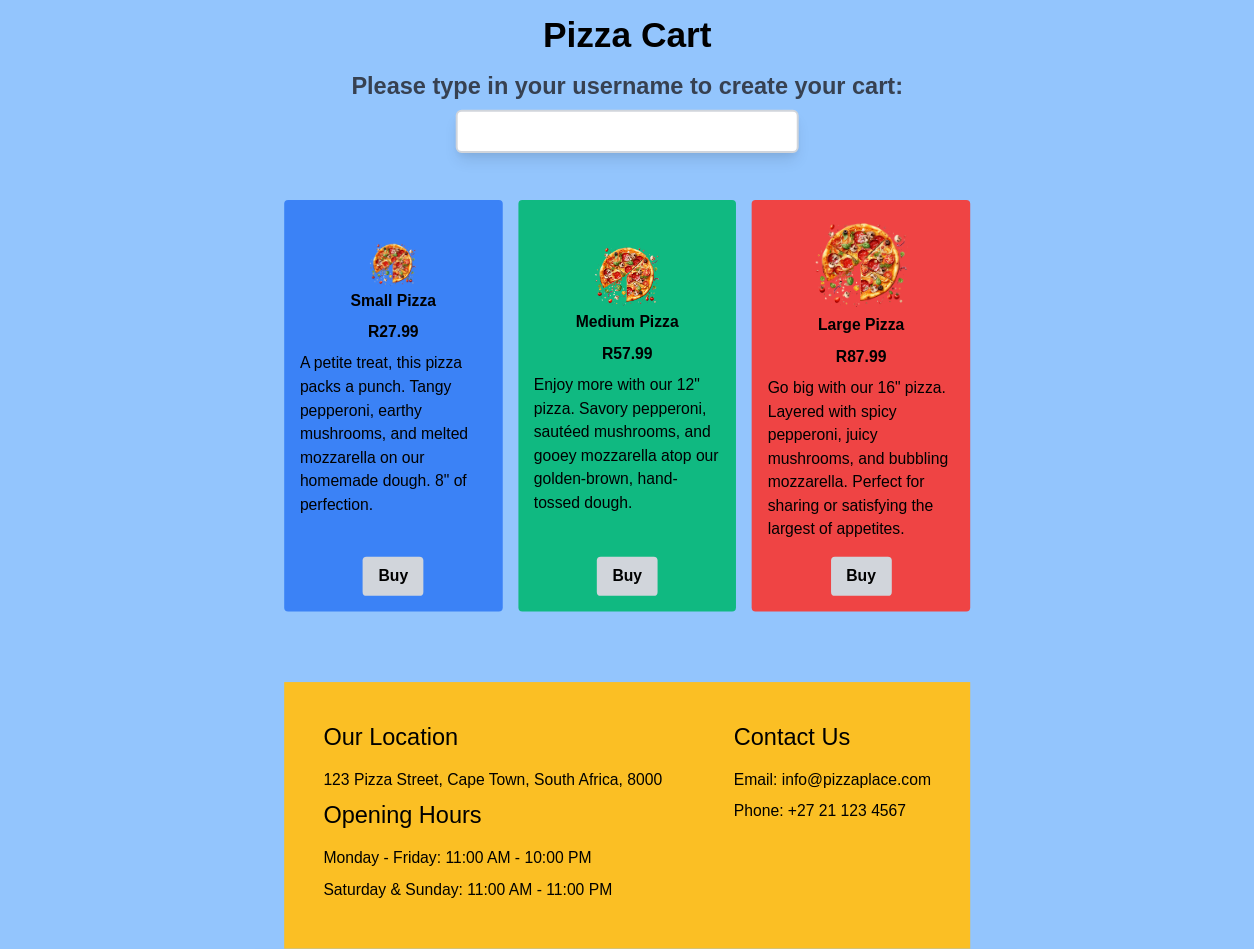
Repository: lasity34/pizza-cart-with-api
Page: index.html
The author's editor kept a copy of each file at every save. The page is drawn from the files as they stood at one save, then again after the next save.
The browser window is 1280 px wide. The pictures show the whole page, at 98% of full size.
The page's requests for data from a server got no answer. Some web fonts or font styles are not loaded; a fallback is used. Some web libraries are served in a nearby version.

Above is the page before, as saved 2023-07-16 18:17:07.
Console error (its wording comes from the project's code and is left out).

After the next save:
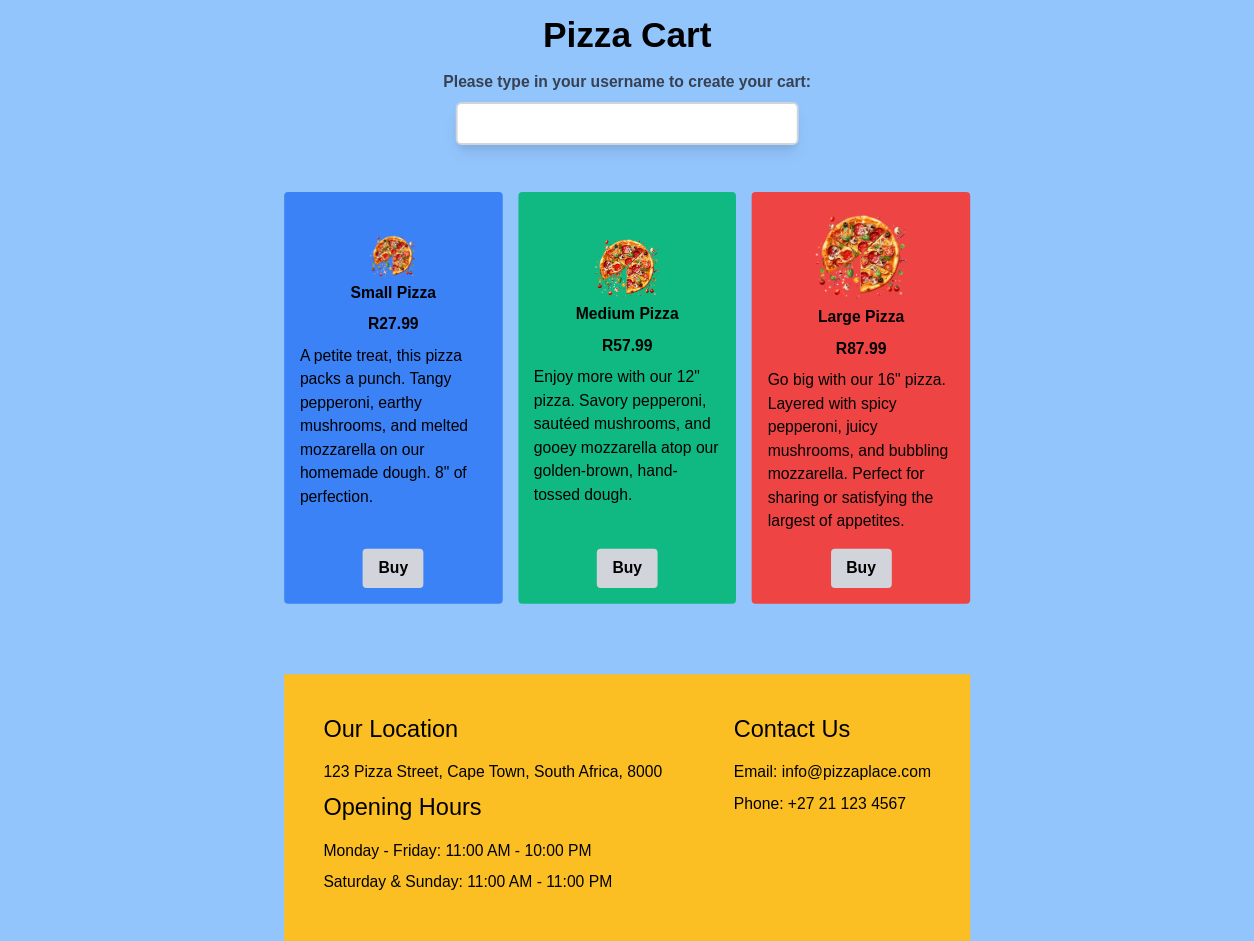
Saved 16 s later.
--- a/index.html
+++ b/index.html
@@ -29,7 +29,7 @@
       <h1 class="text-4xl pt-4 font-bold">Pizza Cart</h1>
     </section>
     <section class="flex flex-col items-center mt-4 pb-4">
-      <h3 class="text-2xl font-semibold text-center text-gray-700">Please type in your username to create your cart:</h3>
+      <h3 class="text-md font-semibold text-center text-gray-700">Please type in your username to create your cart:</h3>
       <input type="text" x-modal="username" class="w-1/2 mt-2 p-2 rounded-md border-2 border-gray-300 shadow-lg focus:outline-none focus:ring-2 focus:ring-blue-600" />
     </section>
 
